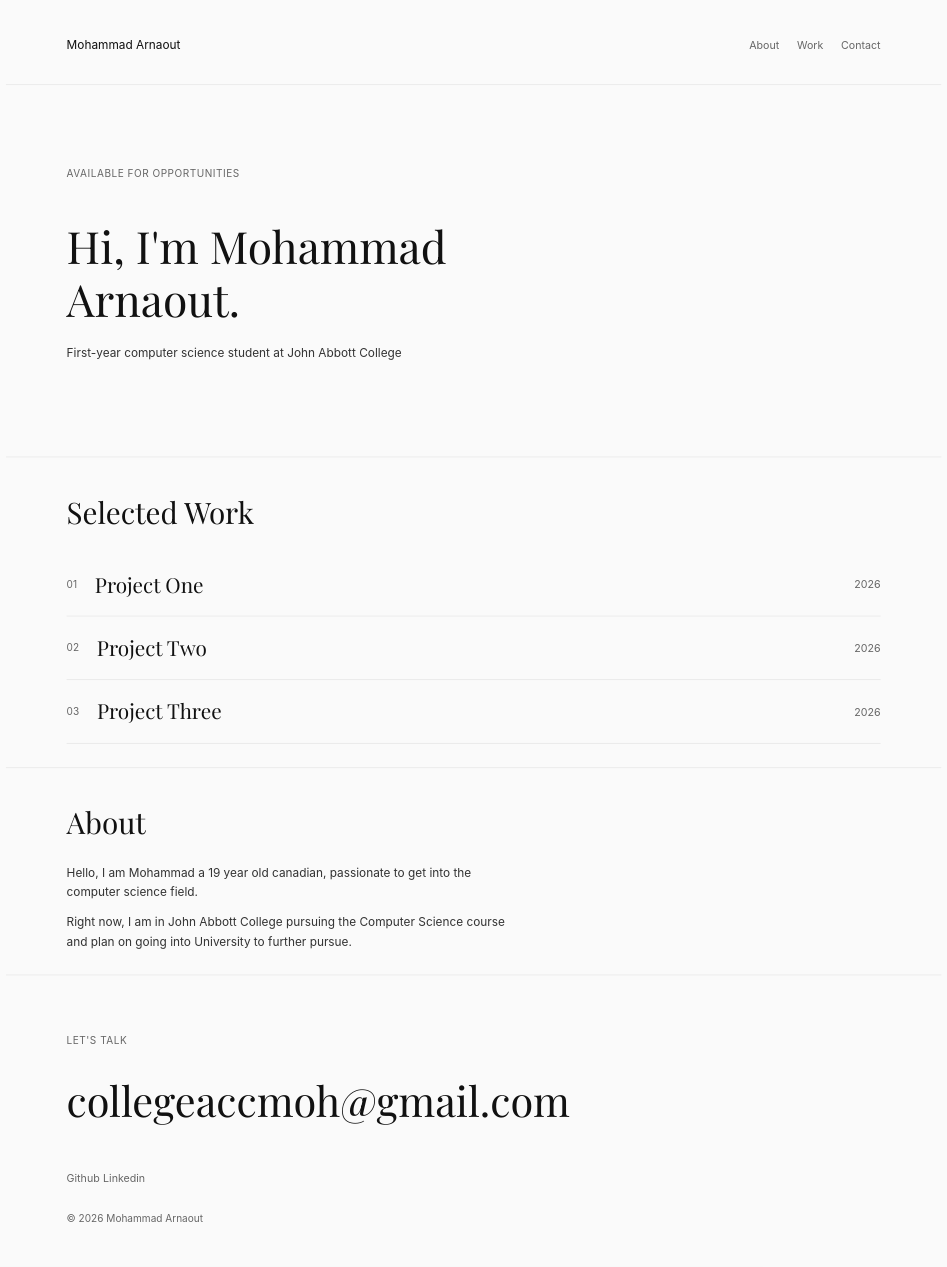
Repository: Moh-Arna/Moh-Arna
Page: index.html
The author's editor kept a copy of each file at every save. The page is drawn from the files as they stood at one save, then again after the next save.
The browser window is 1280 px wide. The pictures show the whole page, at 74% of full size.
Some web fonts or font styles are not loaded; a fallback is used.

Above is the page before, as saved 2026-05-15 22:36:04.

After the next save:
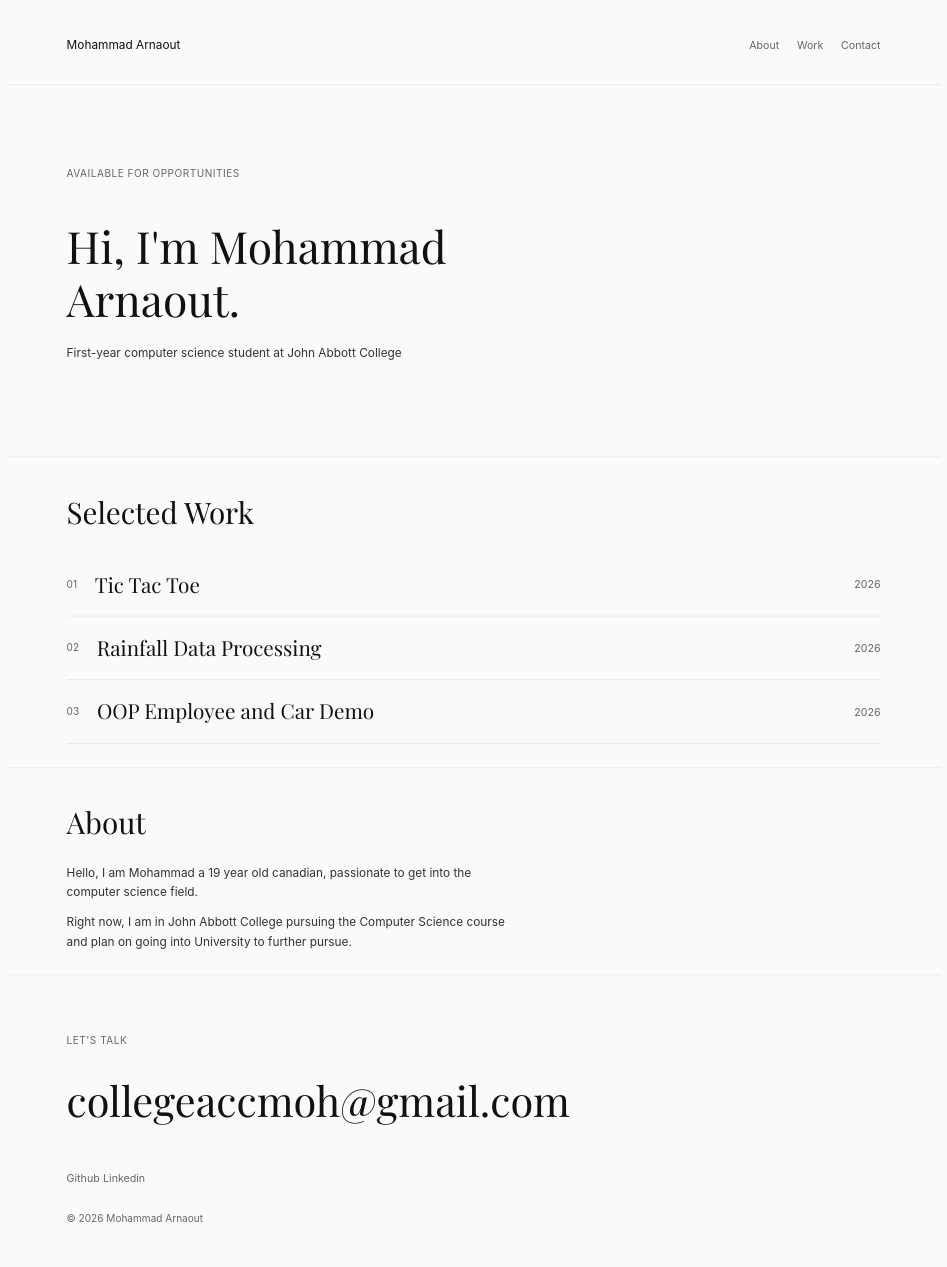
Saved 31 s later.
--- a/index.html
+++ b/index.html
@@ -64,7 +64,7 @@
           <li>
             <a href="./project-detail-p1.html" class="work-item">
               <span class="work-number">01</span>
-              <span class="work-title">Project One</span>
+              <span class="work-title">Tic Tac Toe</span>
               <span class="work-year">2026</span>
             </a>
           </li>
@@ -72,7 +72,7 @@
           <li>
             <a href="./project-detail-p2.html" class="work-item">
               <span class="work-number">02</span>
-              <span class="work-title">Project Two</span>
+              <span class="work-title">Rainfall Data Processing</span>
               <span class="work-year">2026</span>
             </a>
           </li>
@@ -80,7 +80,7 @@
           <li>
             <a href="./project-detail-p3.html" class="work-item">
               <span class="work-number">03</span>
-              <span class="work-title">Project Three</span>
+              <span class="work-title">OOP Employee and Car Demo</span>
               <span class="work-year">2026</span>
             </a>
           </li>
